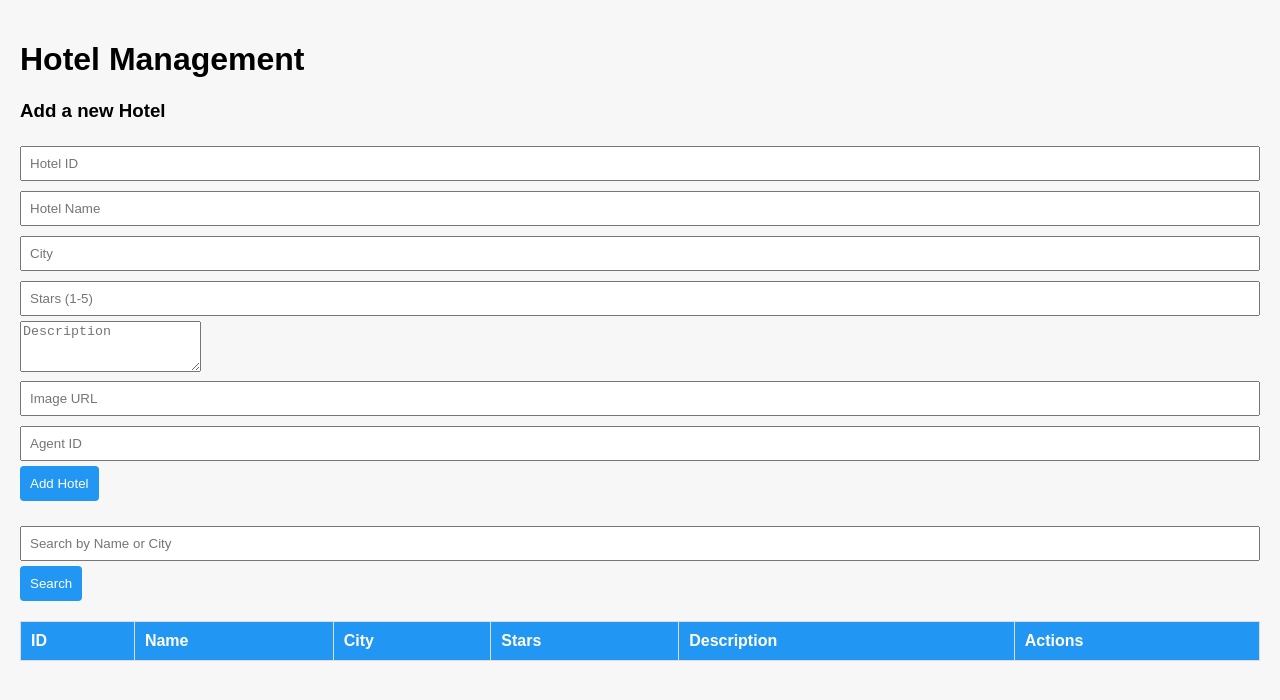
Repository: Trikisalem/examentp_jakarta
Page: http://localhost/hotel/admin/addhotel.jsp
These files come from the project's save history. The page is drawn as it stood at one moment and after the next save; the edit follows.
The browser window is 1280 px wide. The pictures show the whole page.
The page is served by Tomcat 10. Nobody is signed in. The application's start-up code is not run. Queries for data that is not in the repository find no rows.

Above is the page before, as saved 2024-12-17 10:55:00.

After the next save:
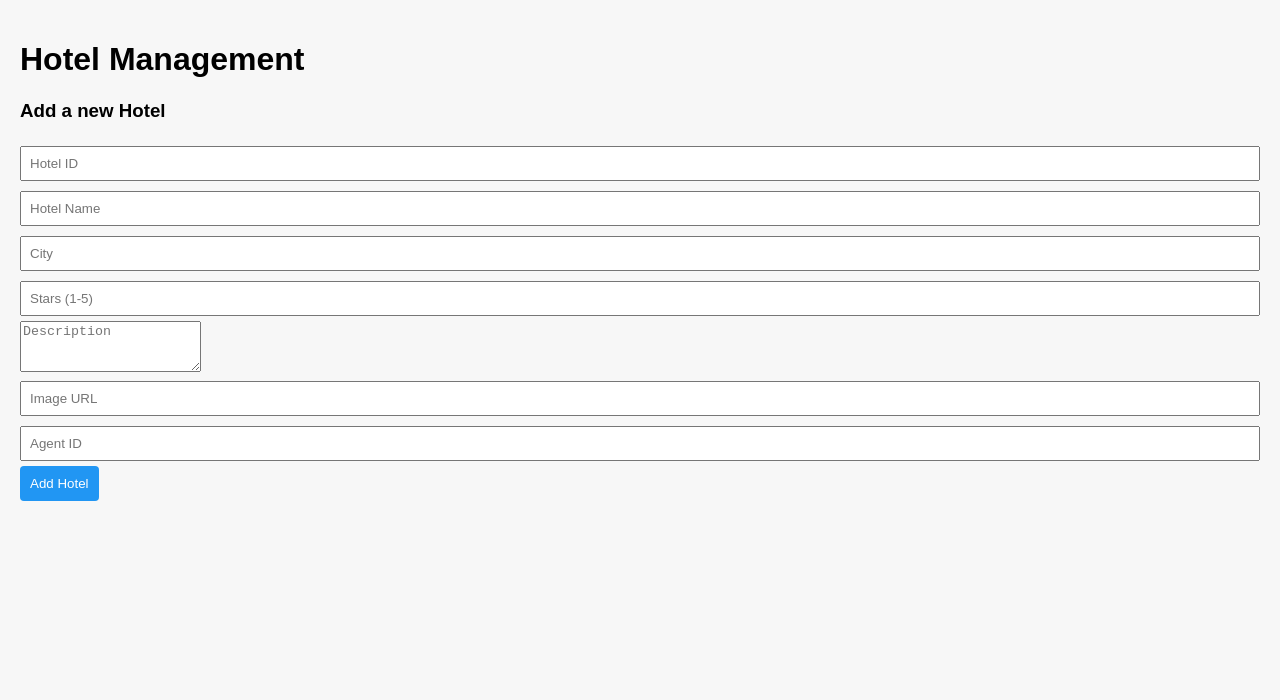
Saved 2 min 3 s later.
--- a/hotel/src/main/webapp/admin/addhotel.jsp
+++ b/hotel/src/main/webapp/admin/addhotel.jsp
@@ -1,6 +1,5 @@
 <%@ page language="java" contentType="text/html; charset=UTF-8" pageEncoding="UTF-8"%>
 <%@ page import="java.sql.*" %>
-<%@ page import="java.util.*" %>
 <!DOCTYPE html>
 <html lang="en">
 <head>
@@ -142,86 +141,5 @@
     }
 %>
 
-<!-- Recherche des hôtels -->
-<div class="form-container">
-    <form method="get" action="addHotel.jsp">
-        <input type="text" name="search" placeholder="Search by Name or City" value="<%= request.getParameter("search") != null ? request.getParameter("search") : "" %>">
-        <button type="submit">Search</button>
-    </form>
-</div>
-
-<!-- Table pour afficher les hôtels -->
-<table>
-    <thead>
-        <tr>
-            <th>ID</th>
-            <th>Name</th>
-            <th>City</th>
-            <th>Stars</th>
-            <th>Description</th>
-            <th>Actions</th>
-        </tr>
-    </thead>
-    <tbody>
-        <%
-            // Connexion à la base de données
-            String url = "jdbc:mysql://localhost:3306/hotel_management";
-            String user = "root";
-            String password = "triki";
-            String searchParam = request.getParameter("search");
-
-            Connection conn = null;
-            PreparedStatement stmt = null;
-            ResultSet rs = null;
-
-            try {
-                Class.forName("com.mysql.cj.jdbc.Driver");
-                conn = DriverManager.getConnection(url, user, password);
-
-                // Si une recherche est effectuée
-                String query = searchParam != null && !searchParam.trim().isEmpty()
-                               ? "SELECT * FROM Hotel WHERE name LIKE ? OR city LIKE ?"
-                               : "SELECT * FROM Hotel";
-                stmt = conn.prepareStatement(query);
-
-                if (searchParam != null && !searchParam.trim().isEmpty()) {
-                    stmt.setString(1, "%" + searchParam + "%");
-                    stmt.setString(2, "%" + searchParam + "%");
-                }
-
-                rs = stmt.executeQuery();
-
-                while (rs.next()) {
-                    int id = rs.getInt("id");
-                    String name = rs.getString("name");
-                    String city = rs.getString("city");
-                    int stars = rs.getInt("stars");
-                    String description = rs.getString("description");
-
-        %>
-        <tr>
-            <td><%= id %></td>
-            <td><%= name %></td>
-            <td><%= city %></td>
-            <td><%= stars %></td>
-            <td><%= description %></td>
-            <td>
-                <a href="editHotel.jsp?id=<%= id %>" class="btn">Edit</a>
-                <a href="deleteHotel.jsp?id=<%= id %>" class="btn">Delete</a>
-            </td>
-        </tr>
-        <%
-                }
-            } catch (Exception e) {
-                e.printStackTrace();
-            } finally {
-                if (rs != null) rs.close();
-                if (stmt != null) stmt.close();
-                if (conn != null) conn.close();
-            }
-        %>
-    </tbody>
-</table>
-
 </body>
 </html>
